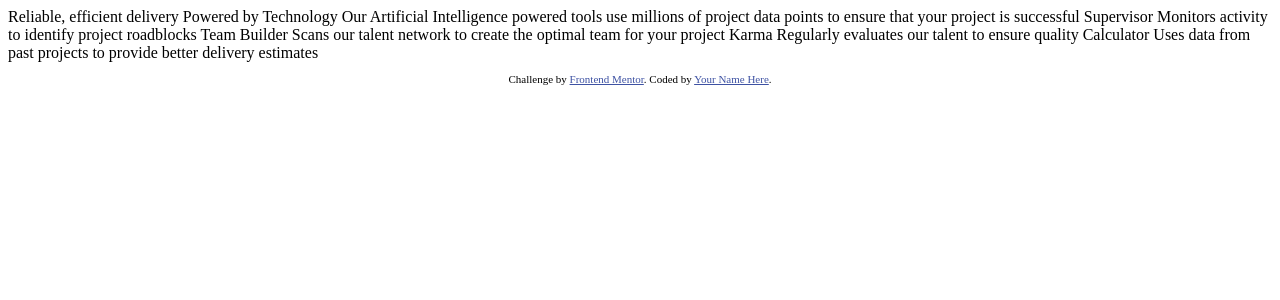
Repository: AngelaMwelu/four-card-page
Page: index.html
An editor plug-in stored every save of this project. The page is shown before and after a run of saves, followed by the edit.
The browser window is 1280 px wide. The pictures show the whole page.

Above is the page before, as saved 2025-05-14 09:50:57.

### index.html
<!DOCTYPE html>
<html lang="en">
<head>
  <meta charset="UTF-8">
  <meta name="viewport" content="width=device-width, initial-scale=1.0"> <!-- displays site properly based on user's device -->

  <link rel="icon" type="image/png" sizes="32x32" href="./images/favicon-32x32.png">

  <title>Frontend Mentor | Four card feature section</title>

  <!-- Feel free to remove these styles or customise in your own stylesheet 👍 -->
  <style>
    .attribution { font-size: 11px; text-align: center; }
    .attribution a { color: hsl(228, 45%, 44%); }
  </style>
</head>
<body>


  Reliable, efficient delivery
  Powered by Technology

  Our Artificial Intelligence powered tools use millions of project data points
  to ensure that your project is successful

  Supervisor
  Monitors activity to identify project roadblocks

  Team Builder
  Scans our talent network to create the optimal team for your project

  Karma
  Regularly evaluates our talent to ensure quality

  Calculator
  Uses data from past projects to provide better delivery estimates


  <footer>
    <p class="attribution">
      Challenge by <a href="https://www.frontendmentor.io?ref=challenge" target="_blank">Frontend Mentor</a>.
      Coded by <a href="#">Your Name Here</a>.
    </p>
  </footer>
</body>
</html>

After the next 3 saves:
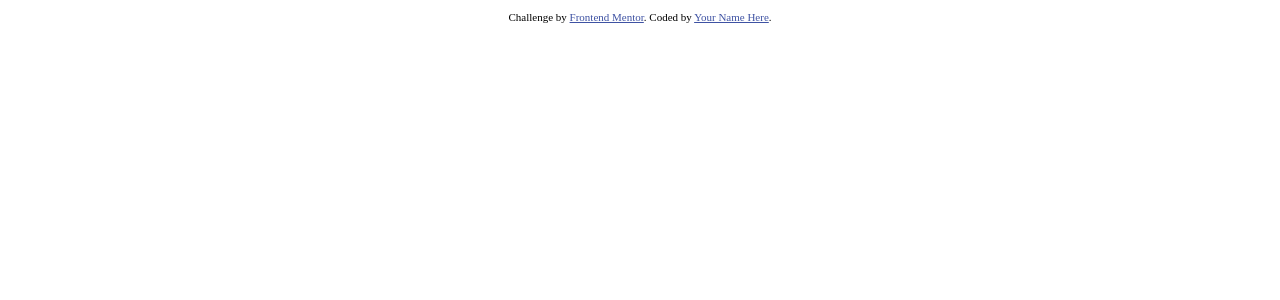
The 3 saves are shown as one change because they came seconds apart.
The last was saved 8 s later.
--- a/index.html
+++ b/index.html
@@ -15,7 +15,7 @@
   </style>
 </head>
 <body>
-
+  <div class=""
 
   Reliable, efficient delivery
   Powered by Technology

After the 2 saves that followed:
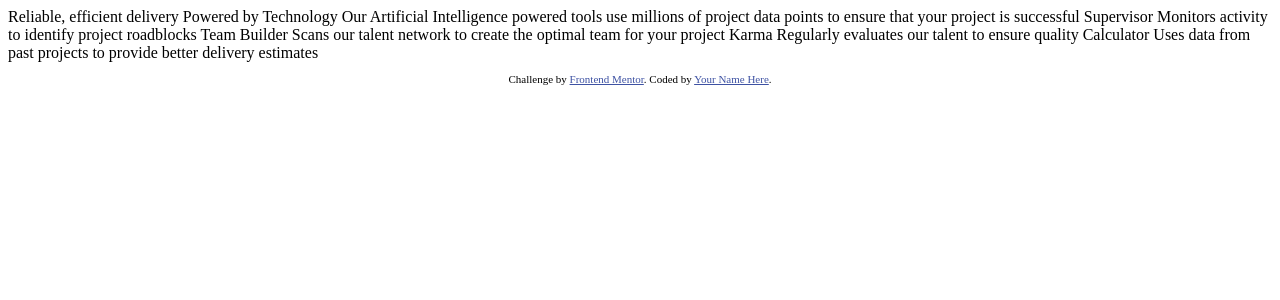
The 2 saves are shown as one change because 1 left the picture as it was.
The last was saved 11 s later.
--- a/index.html
+++ b/index.html
@@ -15,7 +15,7 @@
   </style>
 </head>
 <body>
-  <div class=""
+  <div class="Card"></div>
 
   Reliable, efficient delivery
   Powered by Technology
